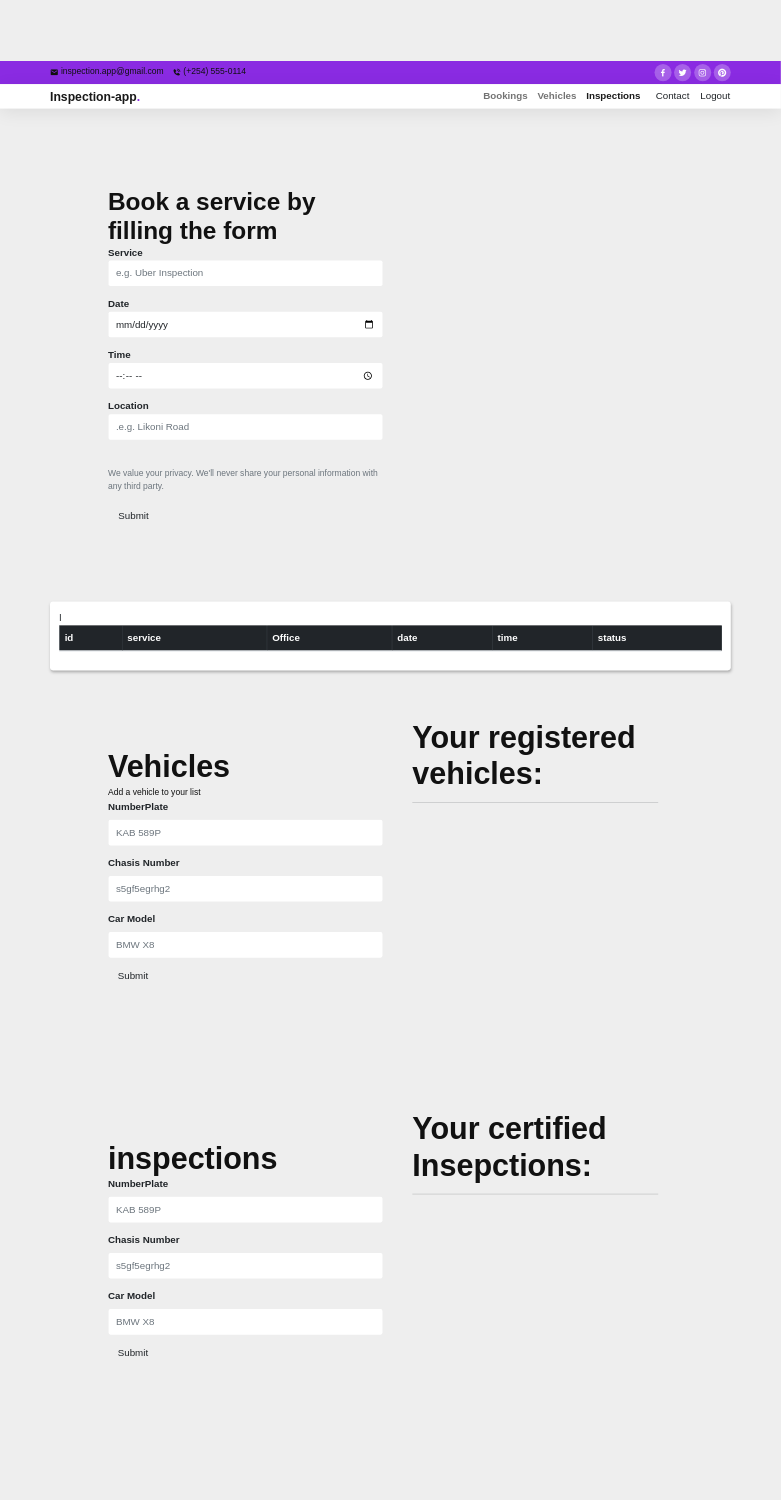
Repository: Jaynie8085/INSPECTION-APP
Page: client/admnDashboard.html
These files come from the project's save history. The page is drawn as it stood at one moment and after the next save; the edit follows.
The browser window is 1280 px wide. The pictures show the whole page, at 61% of full size.
The page's requests for data from a server got no answer. Some web libraries are served in a nearby version.

Above is the page before, as saved 2022-10-17 02:31:26.
Console error: ReferenceError: fetchBookings is not defined

After the next save:
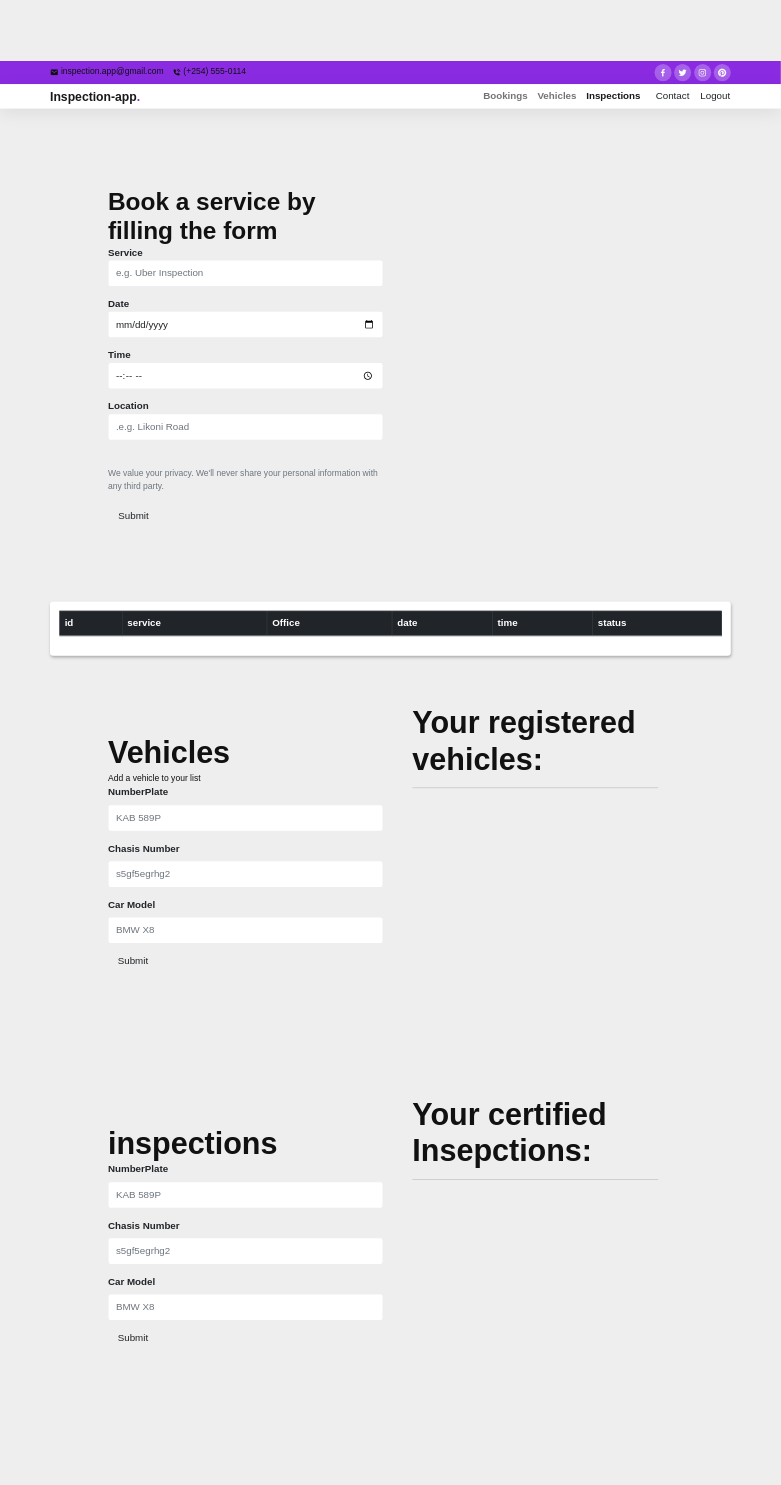
Saved 1 s later.
--- a/client/admnDashboard.html
+++ b/client/admnDashboard.html
@@ -113,7 +113,7 @@
                                 <div class="data_table">
                                     <table id="example" class="table table-striped table-bordered">
                                         <thead class="table-dark">
-                                            l
+
                                             <tr>
                                                 <th>id</th>
                                                 <th>service</th>

After the 3 saves that followed:
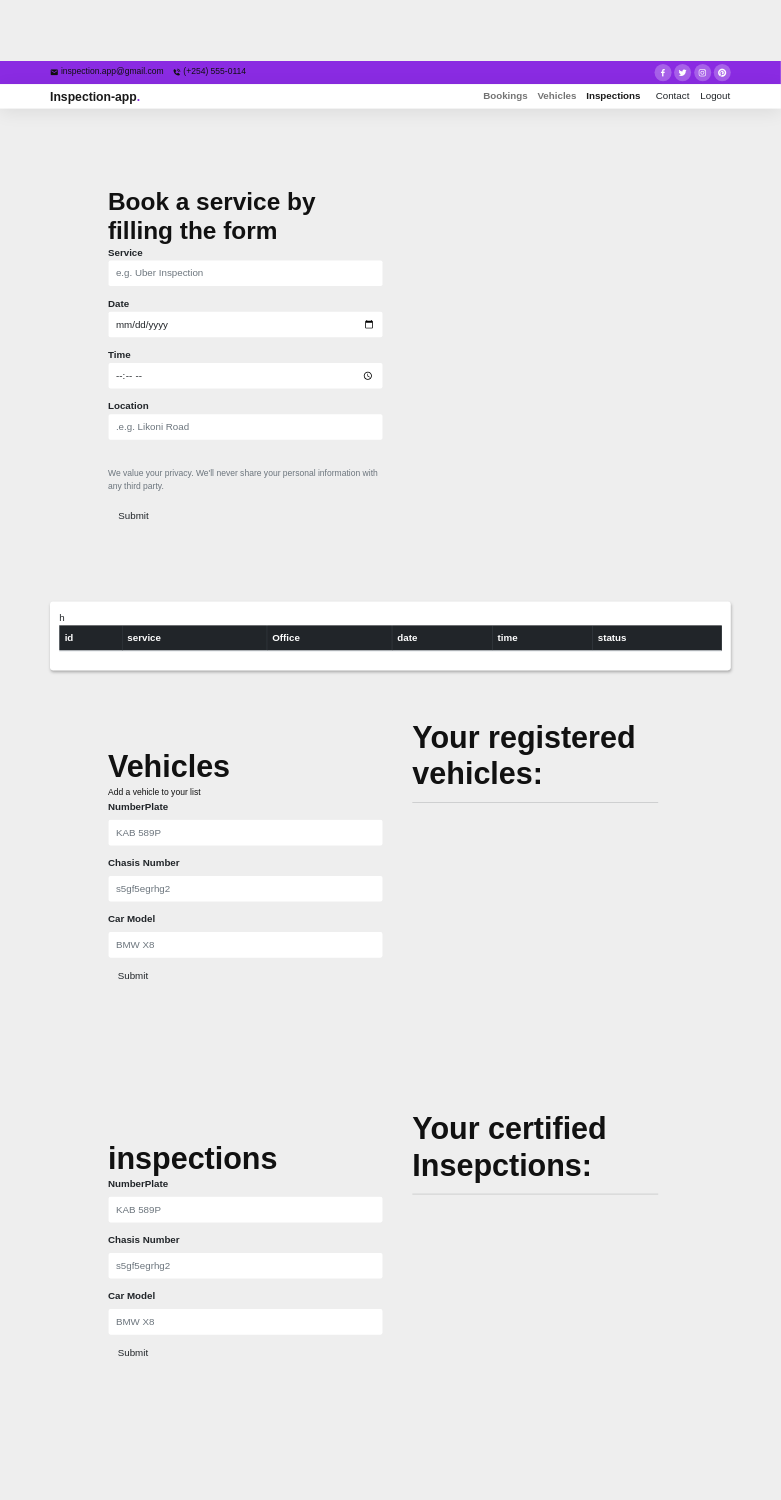
The 3 saves are shown as one change because 2 left the picture as it was.
The last was saved 9 s later.
--- a/client/admnDashboard.html
+++ b/client/admnDashboard.html
@@ -113,7 +113,7 @@
                                 <div class="data_table">
                                     <table id="example" class="table table-striped table-bordered">
                                         <thead class="table-dark">
-
+                                            h
                                             <tr>
                                                 <th>id</th>
                                                 <th>service</th>
